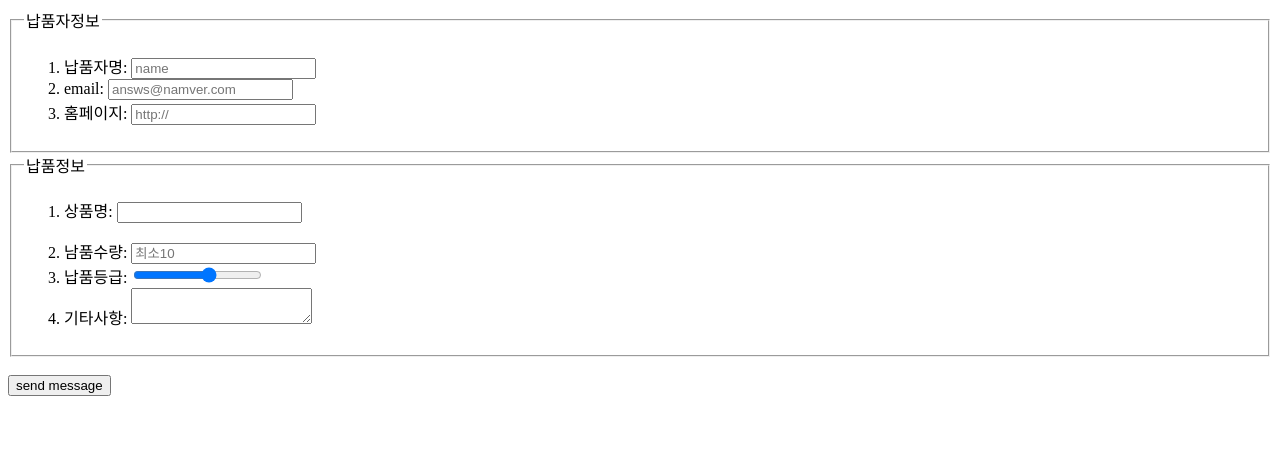
Repository: giwon8701/Qclass_KH
Page: Workspace_Java/testWebProject/WebContent/resources/views/test/productForm.html
The author's editor kept a copy of each file at every save. The page is drawn from the files as they stood at one save, then again after the next save.
The browser window is 1280 px wide. The pictures show the whole page.

Above is the page before, as saved 2021-01-11 01:22:23.

After the next save:
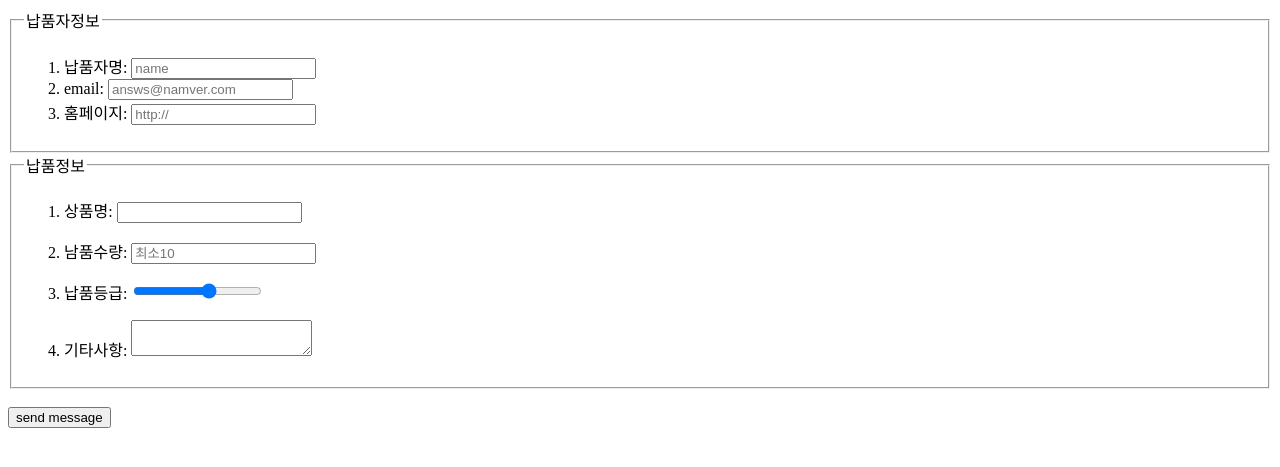
Saved 22 s later.
--- a/Workspace_Java/testWebProject/WebContent/resources/views/test/productForm.html
+++ b/Workspace_Java/testWebProject/WebContent/resources/views/test/productForm.html
@@ -34,18 +34,17 @@
 			<label for="pruduct_name">상품명:</label>
 			<input type="text" id="pruduct_name" autocomplete="on" required>
 			</li>
-			</p>
-
+			<p>
 			<li>
 			<label for="qty">남품수량:</label>
 			<input type="text" id="qty" min=10 placeholder="최소10" autocomplete="on" required>
 			</li>
-
+			<p>
 			<li>
 			<label for="grade">납품등급:</label>
 			<input type="range" id="grade" min="0" max="10" step="2" placeholder="http://" autocomplete="on" required>
 			</li>
-
+			<p>
 			<li>
 			<label for="etc">기타사항:</label>
 			<textarea id="etc" placeholder="" autocomplete="on" required></textarea>
